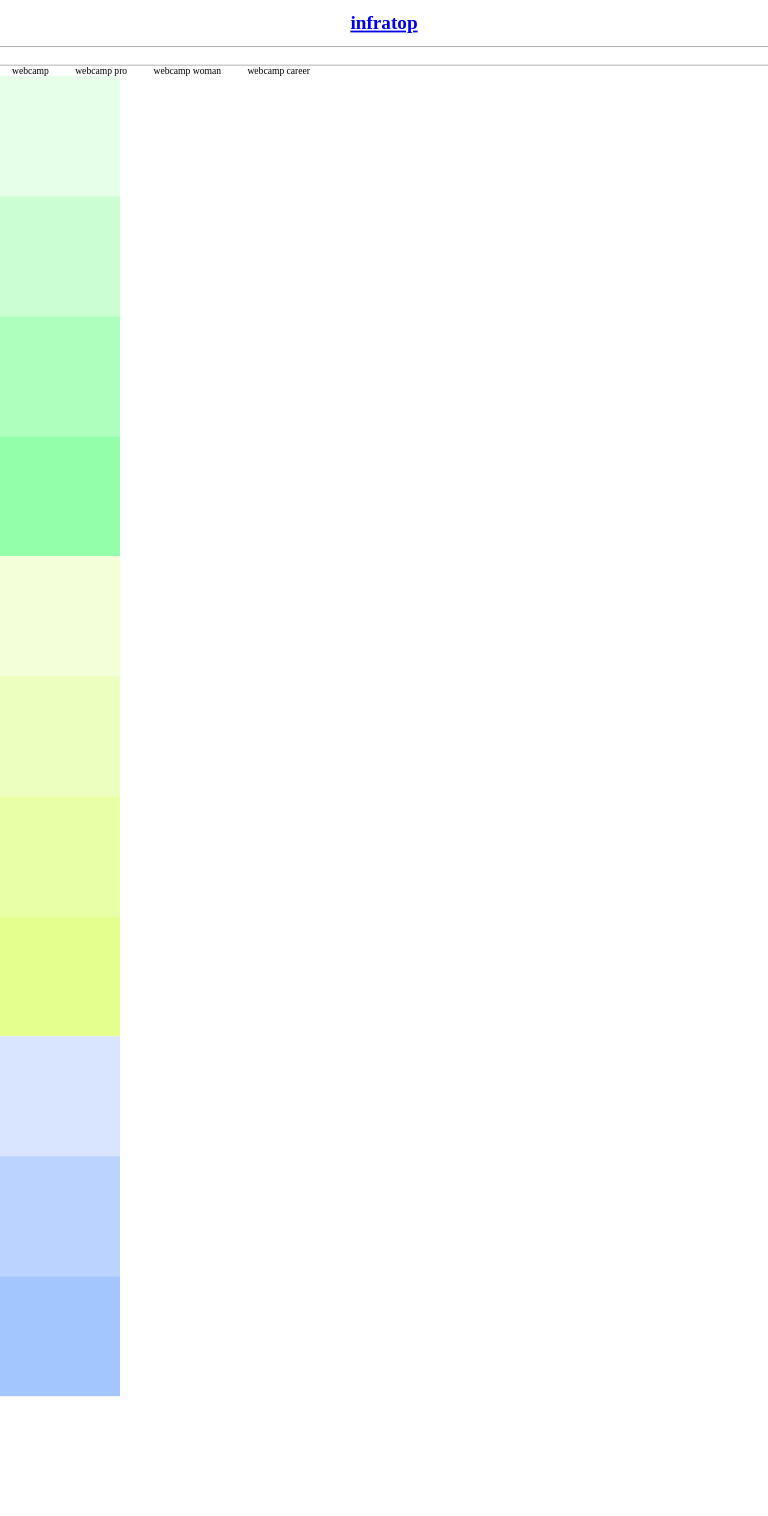
Repository: NANAKUNITA/chapter10
Page: chapter5/chapter5.html
The author's editor kept a record of every edit. The page is drawn from the files as they stood at one moment, then again after the next edit.
The browser window is 1280 px wide. The pictures show the whole page, at 60% of full size.

Above is the page before.

### chapter5/chapter5.html
<!DOCCTYPE html>
<html lang="ja">
  <head>
    <meta charset="UTF-8"/>
    <link rel="stylesheet" href="chapter5.css">
    <title>infratop</title>
  </head>

  <body>
    <header>
      <h1 class="header">
        <a href="chapter5.html">
          infratop
        </a>
      </h1>
    </header>

    <nav>
      <ul class="nav-list"></ul>
        <li class="nav-list-item">webcamp</li>
        <li class="nav-list-item">webcamp pro</li>
        <li class="nav-list-item">webcamp woman</li>
        <li class="nav-list-item">webcamp career</li>
    </nav>

   <div class="box1"></div>
   <div class="box2"></div>
   <div class="box3"></div>
   <div class="box4"></div>
   <div class="box5"></div>
   <div class="box6"></div>
   <div class="box7"></div>
   <div class="box8"></div>
   <div class="box9"></div>
   <div class="box10"></div>
   <div class="box11"></div>
   <div class="box12"></div>
  </body>
</html>

### chapter5/chapter5.css
*{
  margin: 0;
  padding: 0;
  box-sizing: border-box;
}

header{
  width:100%;
  padding:20px 0;
  text-align:center;
}

.nav-list{
  text-align:center;
  padding:15px 0;
  margin:0 auto;
  border-bottom:1px solid #848282;
  border-top:1px solid #848282;
}

.nav-list-item{
  list-style:none;
  display:inline-block;
  margin:0 20px;
}

.main{
  width:800px;
 margin:50px auto;
 display: flex;
 flex-wrap: wrap;
}

.box1{
  width: 200px;
  height: 200px;
  background-color: #e6ffe9;
}

.box2{
  width: 200px;
  height: 200px;
  background-color: #cbffd3;
}

.box3{
  width: 200px;
  height: 200px;
  background-color: #aeffbd;
}

.box4{
  width: 200px;
  height: 200px;
  background-color: #93ffab;
}

.box5{
  width: 200px;
  height: 200px;
  background-color: #f3ffd8;
}

.box6{
  width: 200px;
  height: 200px;
  background-color: #edffbe;
}

.box7{
  width: 200px;
  height: 200px;
  background-color: #e9ffa5;
}

.box8{
  width: 200px;
  height: 200px;
  background-color: #e4ff8d;
}

.box9{
  width: 200px;
  height: 200px;
  background-color: #d9e5ff;
}

.box10{
  width: 200px;
  height: 200px;
  background-color: #bad3ff;
}

.box11{
  width: 200px;
  height: 200px;
  background-color: #a4c6ff;
}

.box12{
  width: 200px;
  height: 200px;
  background-color: ;
}

After the next edit:
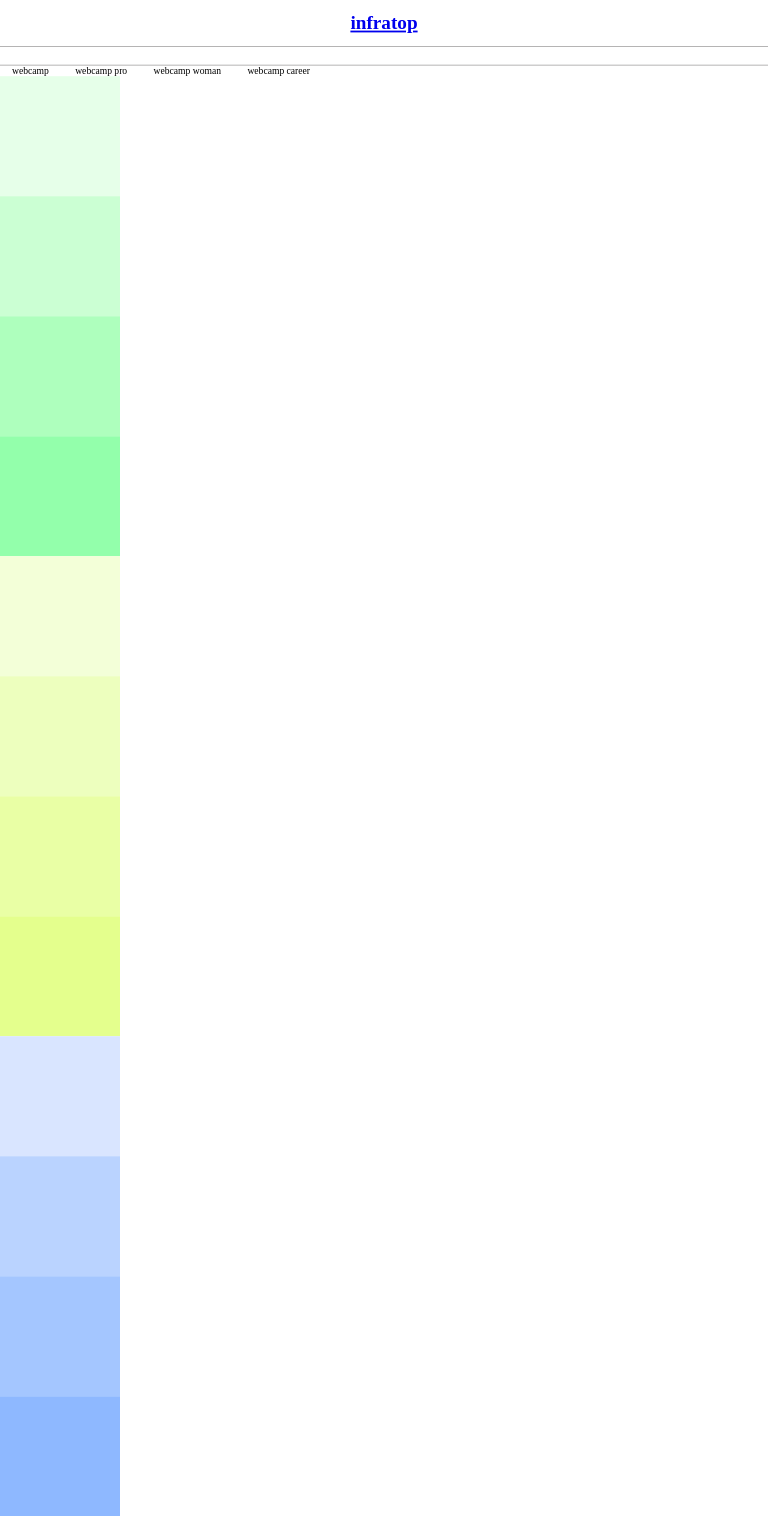
The edit:
--- a/chapter5/chapter5.css
+++ b/chapter5/chapter5.css
@@ -100,5 +100,5 @@
 .box12{
   width: 200px;
   height: 200px;
-  background-color: ;
+  background-color: #8eb8ff;
 }
